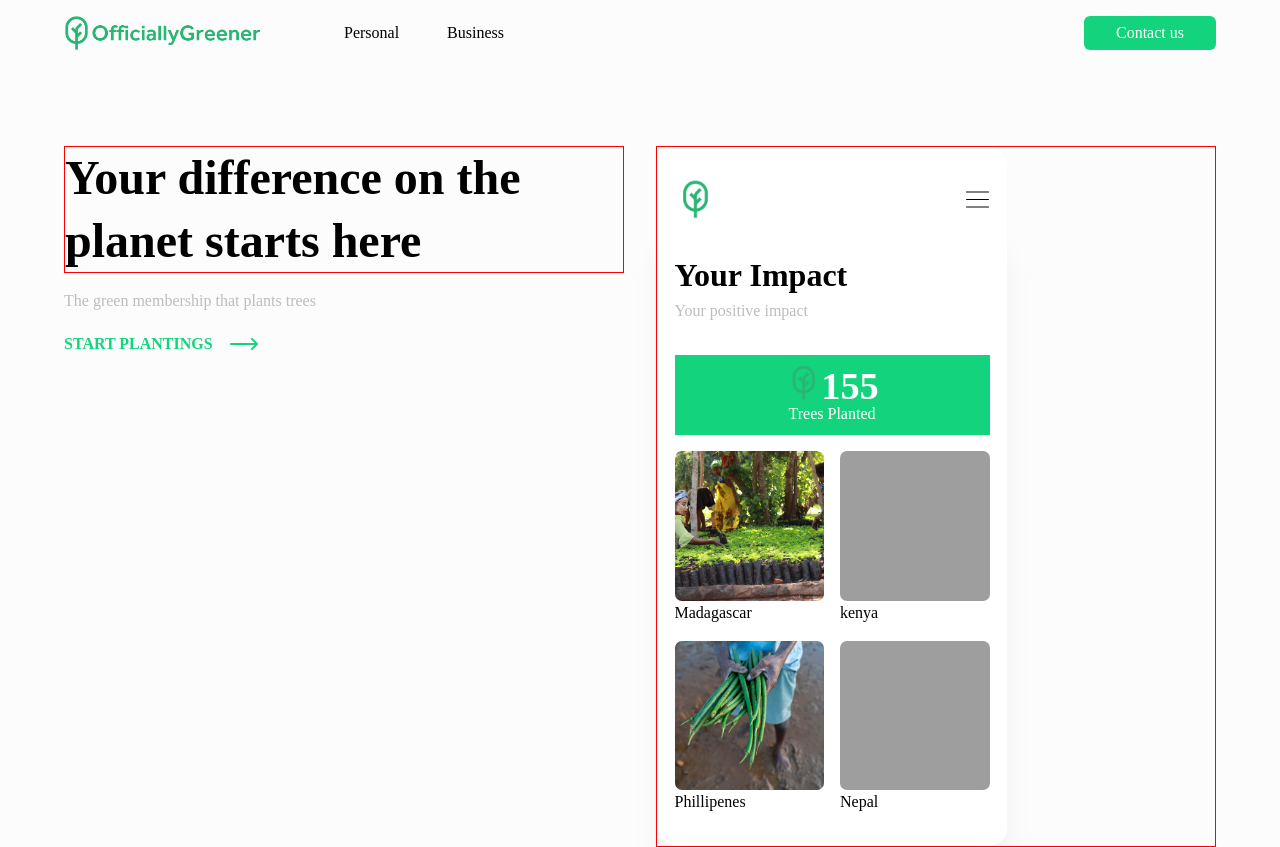
Repository: Sinkycode/Officially-Greener
Page: index.html
These files come from the project's save history. The page is drawn as it stood at one moment and after a run of saves; the edit follows.
The browser window is 1280 px wide. The pictures show the whole page.
Pictures or frames that could not be fetched are drawn as grey boxes.

Above is the page before, as saved 2023-03-07 23:20:59.

### index.html
<!DOCTYPE html>
<html lang="en">
<head>
  <meta charset="UTF-8">
  <meta http-equiv="X-UA-Compatible" content="IE=edge">
  <meta name="viewport" content="width=device-width, initial-scale=1.0">
  <link rel="stylesheet" href="style.css">
  <title>Officially Greener</title>
</head>
<body>
  <div id="landing-page">
    <header>
      <img src="logo/Officially Greener Transparent background.png" alt="officially mobile logo" id="logo" width="200px">
      <ul class="nav-list">
        <li><a href="http://">Personal</a></li>
        <li><a href="http://">Business</a></li>
      </ul>
     <button class="btn">Contact us</button>
    </header>

    <div class="landing-page__container container">
      <div class="context">
        <h1 class="landing-page__big-txt">Your difference on the planet starts here</h1>
        <p class="landing-page__gray-para">The green membership that plants trees</p>
        <a href="#" class="direct-link">Start plantings<img src="images/icons8-right-arrow-60.png" alt=""></a>
      </div>

      <div class="mockup">
        <div class="phone">
         <div class="container">
          <div class="navigation">
            <img src="logo/officially logo mobile.png" alt="mockup logo" class="phone-logo">
            <img src="images/icons8-menu-rounded-50.png" alt="mockup bars" class="phone-bars">
          </div>
          <div class="wrapper">
            <h1 class="mockup-big-txt">Your Impact</h1>
            <p class="phone-gray-para">Your positive impact</p>
            <div class="tree-planted">
              <div class="rate">
                <img src="logo/officially logo mobile.png">
                <span>155</span>
              </div>
              <p>Trees Planted</p>
            </div>

            <div class="mockup-gallery">
              <div>
                <img src="images/Magagascar.jpg" alt="">
                <span>Madagascar</span>
              </div>
              <div>
                <img src="images/Kenya.jpg" alt="">
                <span>kenya</span>
              </div>
              <div>
                <img src="images/Phillipenes.jpg" alt="">
                <span>Phillipenes</span>
              </div>
              <div>
                <img src="images/Nepal.jpg" alt="">
                <span>Nepal</span>
              </div>

            </div>
          </div>
         </div>
        </div>
      </div>
    </div>
  </div>
</body>
</html>

### style.css
:root {
  --accent: rgb(19, 212, 125);
}

*, *::after, *::before {
  box-sizing: border-box;
  margin: 0;
  padding: 0;
}

html, body {
  font-family: 'effra';
  scroll-behavior: smooth;
  overflow-x: hidden;
}

body {
  line-height: 1.5;
  font-size: 16px;
  background-color:hsl(0, 0%, 99%);
}

/* CUSTOMIZATION */
img {
  max-width: 100%;
  display: block;
}

button, input {
  outline: none;
  border: none;
  /* background: transparent; */
  font-family: inherit;
  font-size: inherit;
  color: inherit;
}

ul, p {
  margin: 0;
  list-style: none;

}

a {
  text-decoration: none;
  color: inherit;
}

h1,h2,h3 {
  margin: 0;
}

.container {
  max-width: 90%;
  margin: 0 auto;
}

header {
  display: flex;
  align-items: center;
  gap: 5rem;
  padding-block: 1rem;
  max-width: 90%;
  margin: 0 auto;
  /* border: 1px solid red; */
}

.nav-list {
  display: flex;
  gap: 3rem;
}

header > *:last-child {
  margin-left: auto;
}

.btn {
  background-color: var(--accent);
  color: white;
  padding: .5rem 2rem;
  border-radius: 6px;
}

@media (min-width: 1200px) {
  .landing-page__container {
    /* border: 1px solid red; */
    padding-top: 5rem;
    display: grid;
    grid-template-columns: 1fr 1fr;
    gap: 2rem;
  }
}

.landing-page__big-txt {
  font-size: clamp(2rem, 1rem + 10vw, 3rem);
  line-height: 1.3;
  margin-bottom: 1rem;
  border: 1px solid red;
}

.phone-gray-para,
.landing-page__gray-para {
  color: rgb(189, 189, 189);
  margin-bottom: 1rem;
}

.direct-link {
  text-transform: uppercase;
  font-weight: bold;
  color: var(--accent);
  display: flex;
  align-items: center;
  gap: 1rem;
}

.direct-link img {
  width: 30px;
}

/* Mockup */

.mockup {
  /* transform: scale(.8); */
  border: 1px solid red;
}

.phone {
  background-color: white;
  max-width: 350px;
  border-radius: 18px;
  padding-block: 2rem;
  box-shadow: 0px 100px 28px rgba(0, 0, 0, 0.047);
}

.mockup .navigation {
  display: flex;
  align-items: center;
  justify-content: space-between;
  margin-bottom: 2rem;
}

.phone-logo {
  max-width: 40px;
}
.phone-bars {
  max-width: 25px;
}

.mockup-big-txt {
  font-size: 2rem;
  font-weight: bold;
}

.phone-gray-para {
  margin-bottom: 2rem;
}

.tree-planted {
  display: block;
  min-height: 80px;
  padding-block: .5rem;
  background-color: var(--accent);
  color: white;
  display: flex;
  flex-direction: column;
  align-items: center;
  justify-content: center;
  margin-bottom: 1rem;
  line-height: initial !important;
}

.tree-planted .rate {
  display: flex;
  align-items: center;
  transform: scale(1.2);
}

.tree-planted .rate img {
  max-width: 30px;
  align-self: flex-start;
}

.tree-planted .rate span {
  align-self: flex-end;
  font-size: 2rem;
  font-weight: bold;
}
.mockup-gallery {
  display: grid;
  grid-template-columns: repeat(2, 1fr);
  gap: 1rem;
}

.mockup-gallery img {
  width: 100%;
  aspect-ratio: 1 / 1;
  object-fit: cover;
  border-radius: 7px;
}

After the next 2 saves:
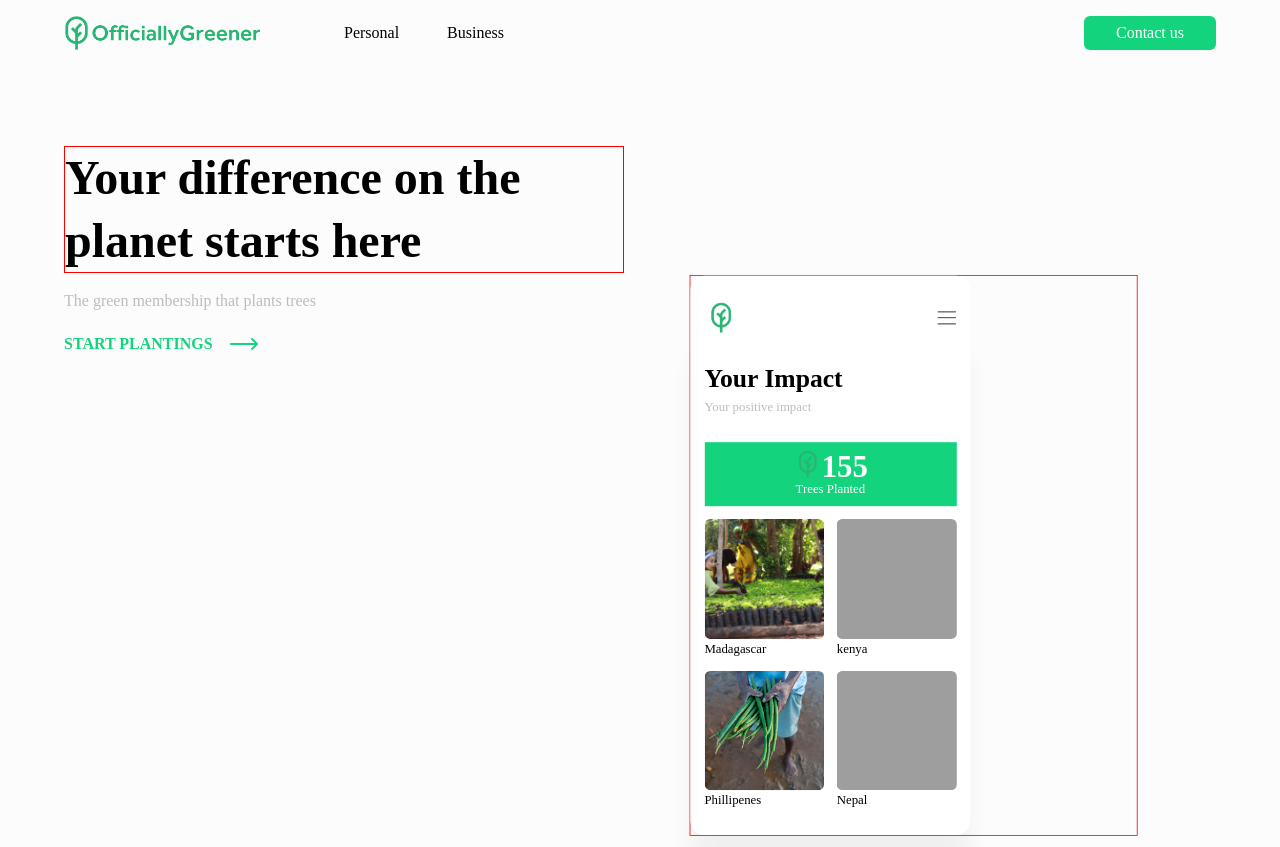
The 2 saves are shown as one change because they came seconds apart.
The last was saved 2 min 49 s later.
--- a/style.css
+++ b/style.css
@@ -120,7 +120,8 @@
 /* Mockup */
 
 .mockup {
-  /* transform: scale(.8); */
+  transform: scale(.8);
+  transform-origin: 30% 92%;
   border: 1px solid red;
 }
 
